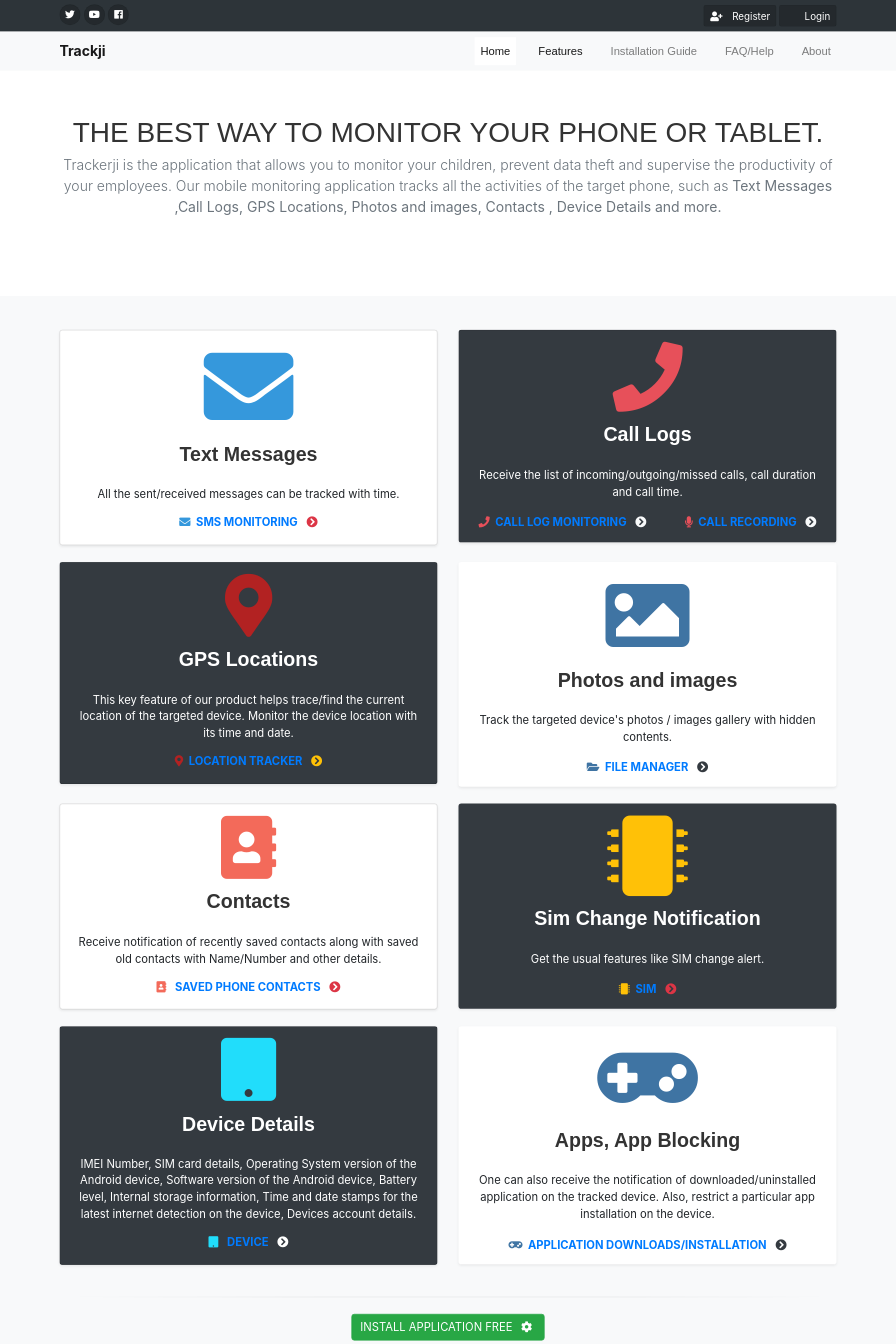
Repository: prathmeshgodbole/Web_Development
Page: Mobile_tracker/Features.html
The author's editor kept a copy of each file at every save. The page is drawn from the files as they stood at one save, then again after the next save.
The browser window is 1280 px wide. The pictures show the part of the page from y = 0 to 1920 px (the page is 2639 px tall before and 2699 px after), at 70% of full size.
Some web fonts or font styles are not loaded; a fallback is used. Some web libraries are served in a nearby version.

Above is the page before, as saved 2020-03-11 17:07:35.

After the next save:
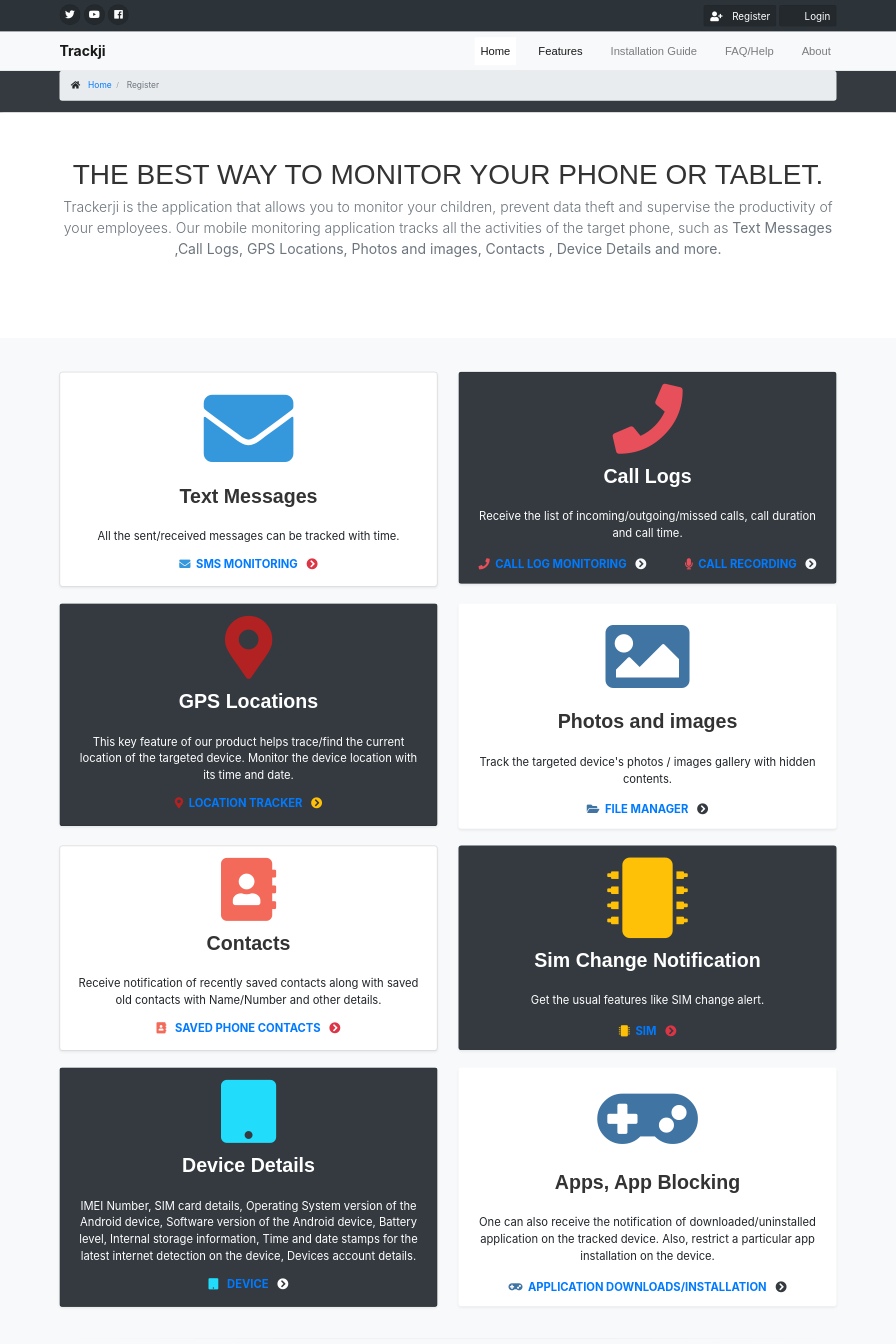
Saved 17 s later.
--- a/Mobile_tracker/Features.html
+++ b/Mobile_tracker/Features.html
@@ -103,6 +103,20 @@
 
     <!-- Breadcrumb -->
 
+
+    <div class="breadcrumb-container bg-dark">
+        <div class="container">
+            <ol class="breadcrumb">
+                <li class="breadcrumb-item">
+                    <i class="fa fa-home pr-2"></i>
+                    <a href="index.html">
+                        Home </a>
+                </li>
+                <li class="breadcrumb-item active">
+                    Register </li>
+            </ol>
+        </div>
+    </div>
 
 
 
